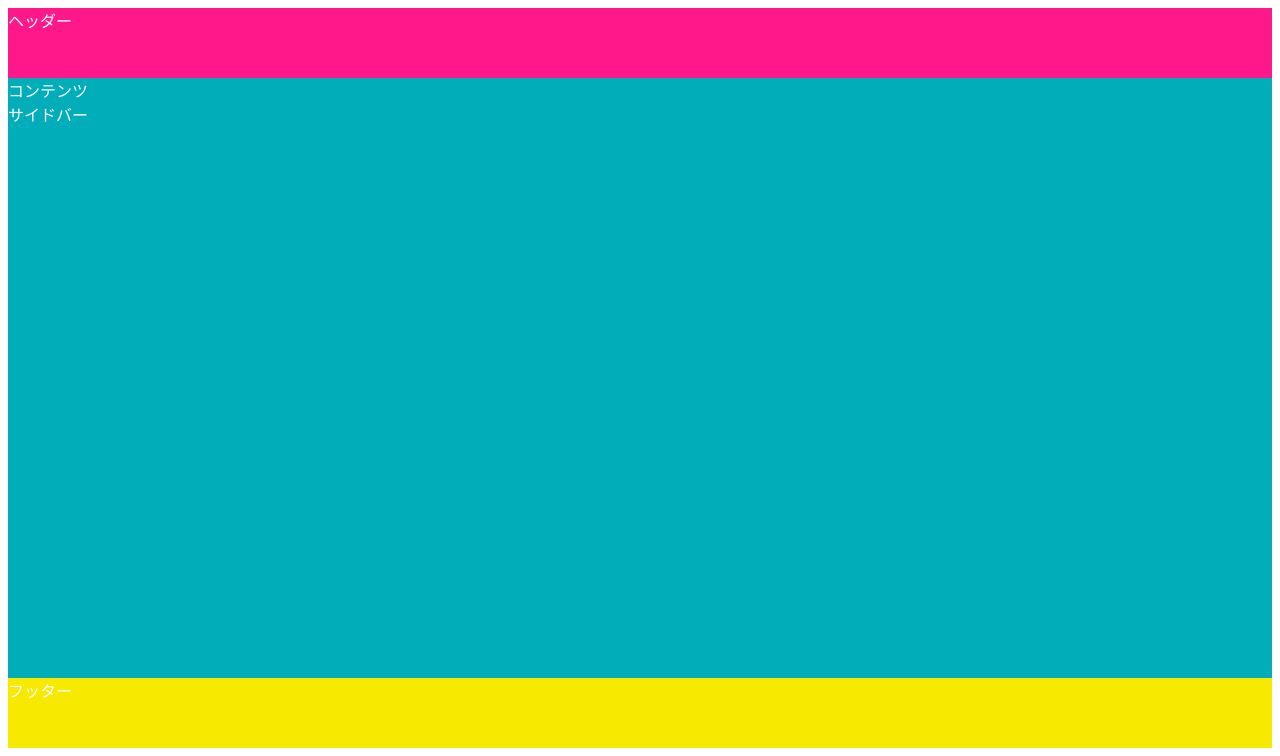
Repository: sigemasaasuka/20210830sigemasa
Page: index.html
These files come from the project's save history. The page is drawn as it stood at one moment and after a run of saves; the edit follows.
The browser window is 1280 px wide. The pictures show the whole page.

Above is the page before, as saved 2021-08-27 15:40:25.

After the next 2 saves:
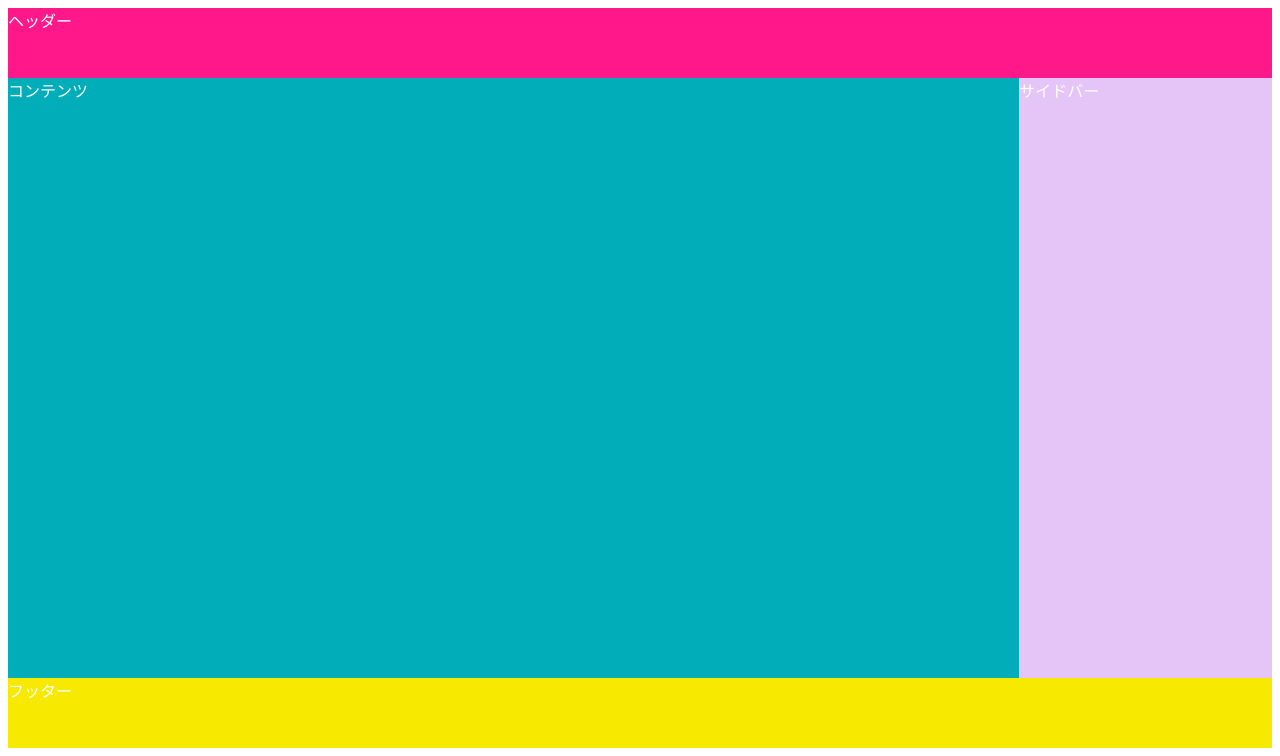
The 2 saves are shown as one change because they came seconds apart.
The last was saved 20 s later.
--- a/css/style.css
+++ b/css/style.css
@@ -1,14 +1,25 @@
-.header{
+.header {
   background: #ff188a;
   height: 70px;
   color: #fff;
 }
-.main{
+.main {
+  height: 600px;
+  display: flex;
+}
+.content {
   background: #00adb9;
-  height: 600px;
+  height: 100%;
   color: #fff;
+  width: 80%;
 }
-.footer{
+.sidebar {
+  background: #e5c4f8;
+  height: 100%;
+  color: #fff;
+  width: 20%;
+}
+.footer {
   background: #f7ea00;
   height: 70px;
   color: #fff;
